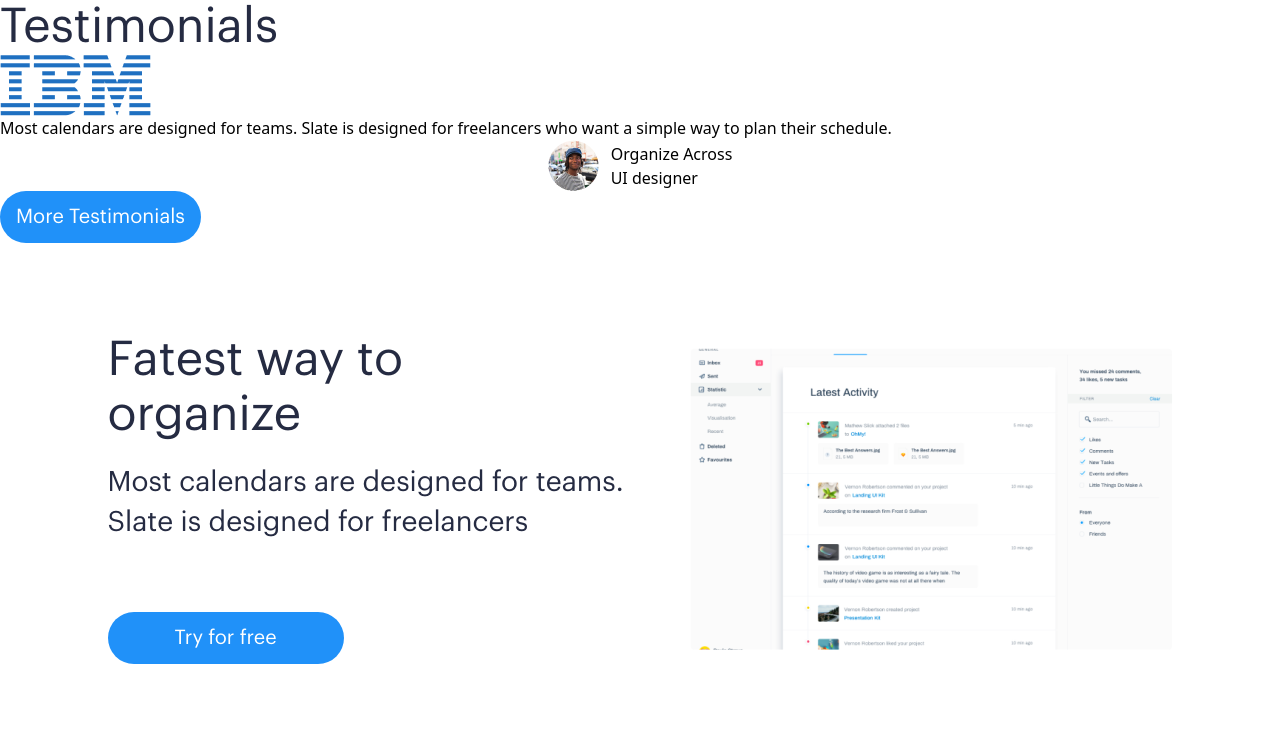
Repository: SK3010z/figmaland-tailwind
Page: /
The author's editor kept a copy of each file at every save. The page is drawn from the files as they stood at one save, then again after the next save.
The browser window is 1280 px wide. The pictures show the whole page.
The project was rebuilt for these pictures with package versions that can differ from the ones it lists, and the page was loaded fresh each time. Also part of the build but not shown: vite.config.js, src/mediaQueries.jsx.

Above is the page before, as saved 2024-08-19 15:16:04.

After the next save:
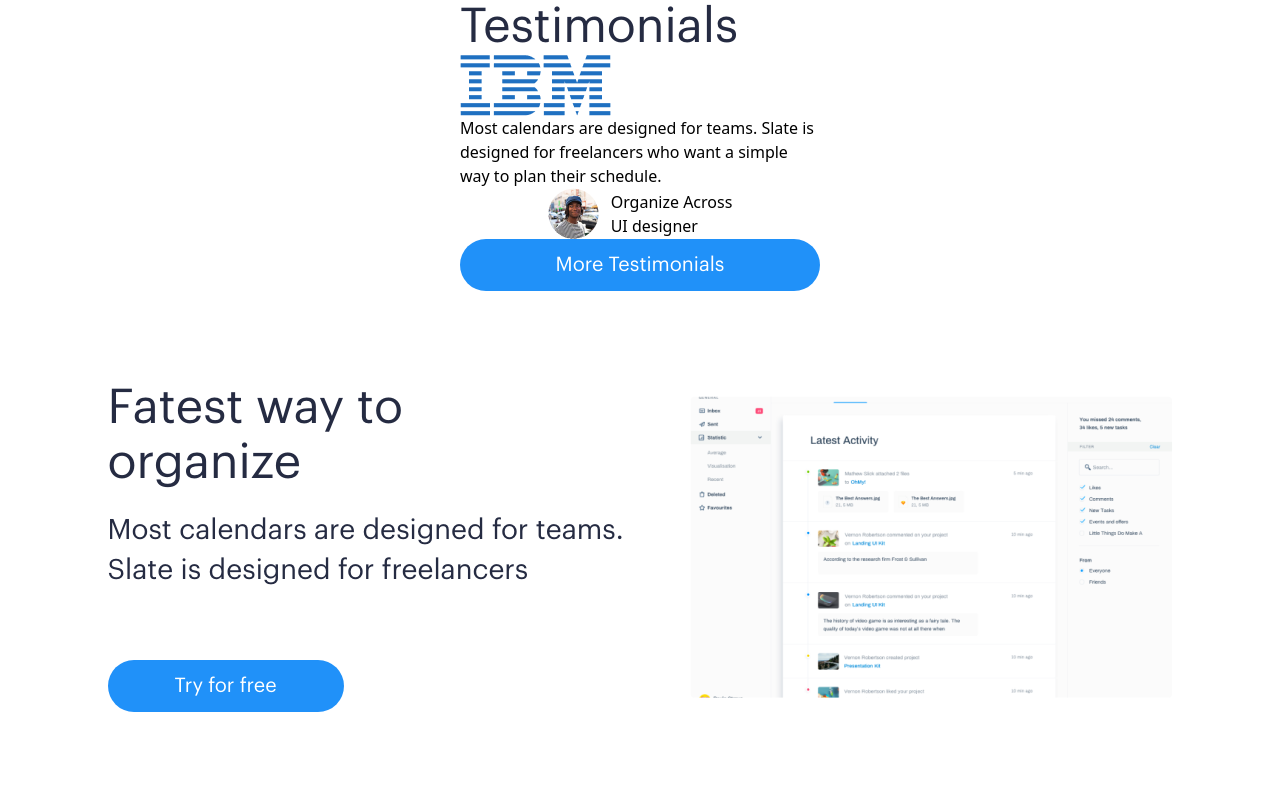
Saved 2 min 56 s later.
--- a/src/components/Testimonials/index.jsx
+++ b/src/components/Testimonials/index.jsx
@@ -1,27 +1,30 @@
 import { Button } from "../Button";
 import { Heading } from "../Heading";
-import IbmLogo from "../../assets/images/brands/IbmLogo.png"
-import TestimonialPerson from "../../assets/images/testimonials/testimonial-1.png"
+import IbmLogo from "../../assets/images/brands/IbmLogo.png";
+import TestimonialPerson from "../../assets/images/testimonials/testimonial-1.png";
 
 export const Testimonials = () => {
     return (
         <section className="bg-white">
-            <Heading type="h2">Testimonials</Heading>
-            <div>
-                <img src={IbmLogo}/>
-                <p>
-                    Most calendars are designed for teams. Slate is designed for
-                    freelancers who want a simple way to plan their schedule.
-                </p>
-                <div className="flex gap-3 justify-center items-center">
-                    <img src={TestimonialPerson}/>
-                    <div>
-                        <p>Organize Across</p>
-                        <p>UI designer</p>
+            <div className="w-full max-w-[360px] mx-auto flex flex-col">
+                <Heading type="h2">Testimonials</Heading>
+                <div>
+                    <img src={IbmLogo} />
+                    <p>
+                        Most calendars are designed for teams. Slate is designed
+                        for freelancers who want a simple way to plan their
+                        schedule.
+                    </p>
+                    <div className="flex gap-3 justify-center items-center">
+                        <img src={TestimonialPerson} />
+                        <div>
+                            <p>Organize Across</p>
+                            <p>UI designer</p>
+                        </div>
                     </div>
                 </div>
+                <Button>More Testimonials</Button>
             </div>
-            <Button>More Testimonials</Button>
         </section>
     );
 };
